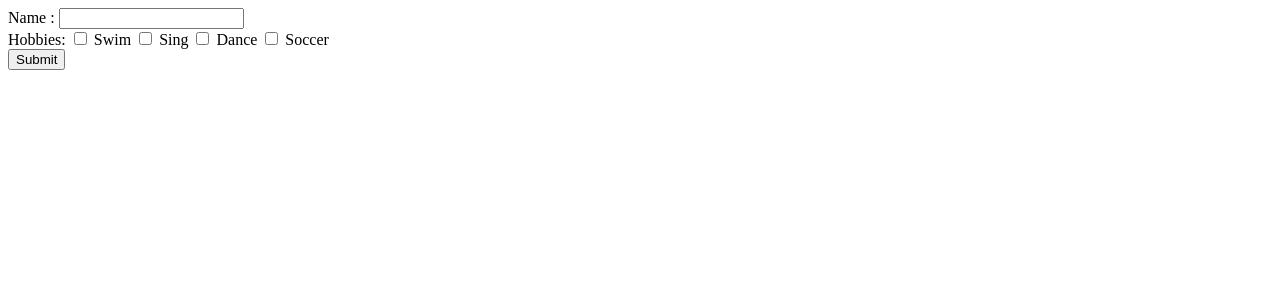
Repository: 164424-RoshanKanwal/All_Assignments
Page: MyFirstProject/WebContent/HTML/userForm.html
These files come from the project's save history. The page is drawn as it stood at one moment and after the next save; the edit follows.
The browser window is 1280 px wide. The pictures show the whole page.

Above is the page before, as saved 2018-12-03 12:27:53.

### MyFirstProject/WebContent/HTML/userForm.html
<!DOCTYPE html>
<html>
<head>
<meta charset="ISO-8859-1">
<title>Insert title here</title>
</head>
<body>
<form action ="/MyFirstProject/first" method = "get">
Name : <input type="text" name = "userName" id = "userId"><br>
Hobbies: <input type = "checkbox" name = "Swim"> Swim
<input type = "checkbox" name = "Sing"> Sing
<input type = "checkbox" name = "Dance"> Dance
<input type = "checkbox" name = "Soccer"> Soccer
<br>
<input type = "Submit" value="Submit">

</form>
</body>
</html>

After the next save:
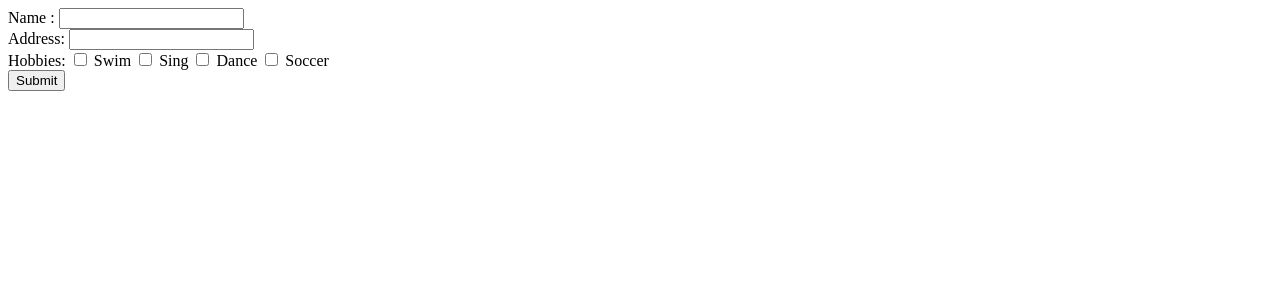
Saved 34 s later.
--- a/MyFirstProject/WebContent/HTML/userForm.html
+++ b/MyFirstProject/WebContent/HTML/userForm.html
@@ -7,6 +7,7 @@
 <body>
 <form action ="/MyFirstProject/first" method = "get">
 Name : <input type="text" name = "userName" id = "userId"><br>
+Address:  <input type="text" name = "userAddr" id = "userAddr"><br>
 Hobbies: <input type = "checkbox" name = "Swim"> Swim
 <input type = "checkbox" name = "Sing"> Sing
 <input type = "checkbox" name = "Dance"> Dance
